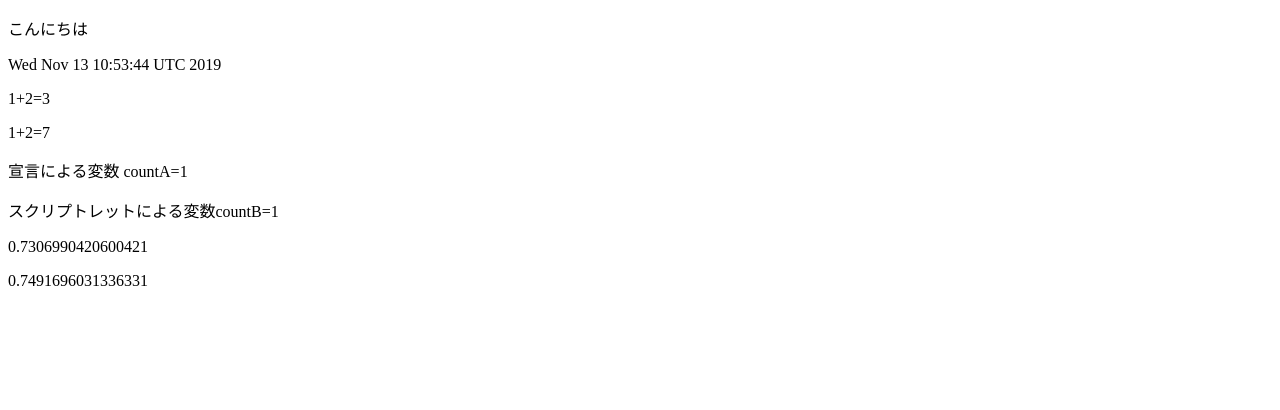
Repository: Nogawa-Haruka/test
Page: http://localhost/HelloJSP/
The author's editor kept a copy of each file at every save. The page is drawn from the files as they stood at one save, then again after the next save.
The browser window is 1280 px wide. The pictures show the whole page.
The page is served by Tomcat 9.

Above is the page before, as saved 2019-11-15 10:40:25.

### HelloJSP/WebContent/index.jsp
<%@ page language="java" contentType="text/html; charset=UTF-8" pageEncoding="UTF-8"%>
<!DOCTYPE html>
<html>
<head>
	<meta charset="UTF-8">
	<title>TEST</title>
</head>
<body>
	<p>こんにちは</p>
	<% out.println(new java.util.Date()); %>
	<%!
	int add(int a,int b){
	return a+b;
	}
	%>
	<p>1+2=<%=add(1,2) %></p>
	<p>1+2=<%=add(3,4) %></p>
	<%!int countA=0;%>
	<%
	int countB=0;
	countA++;
	countB++; %>
	<p>宣言による変数 countA=<%=countA %></p>
	<p>スクリプトレットによる変数countB=<%=countB %></p>
	<p><% out.println(Math.random()); %></p>
	<p><%=Math.random() %></p>
</body>
</html>

After the next save:
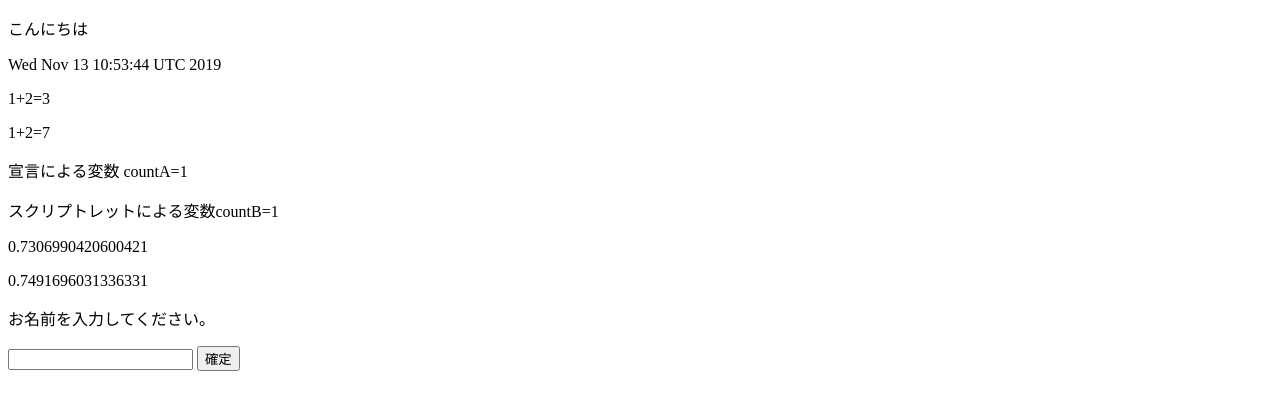
Saved 25 s later.
--- a/HelloJSP/WebContent/index.jsp
+++ b/HelloJSP/WebContent/index.jsp
@@ -24,5 +24,11 @@
 	<p>スクリプトレットによる変数countB=<%=countB %></p>
 	<p><% out.println(Math.random()); %></p>
 	<p><%=Math.random() %></p>
+
+	<p>お名前を入力してください。</p>
+	<form method="post" action="greeting-out.jsp">
+	<input type="text" name="user">
+	<input type="submit" value="確定">
+	</form>
 </body>
 </html>
